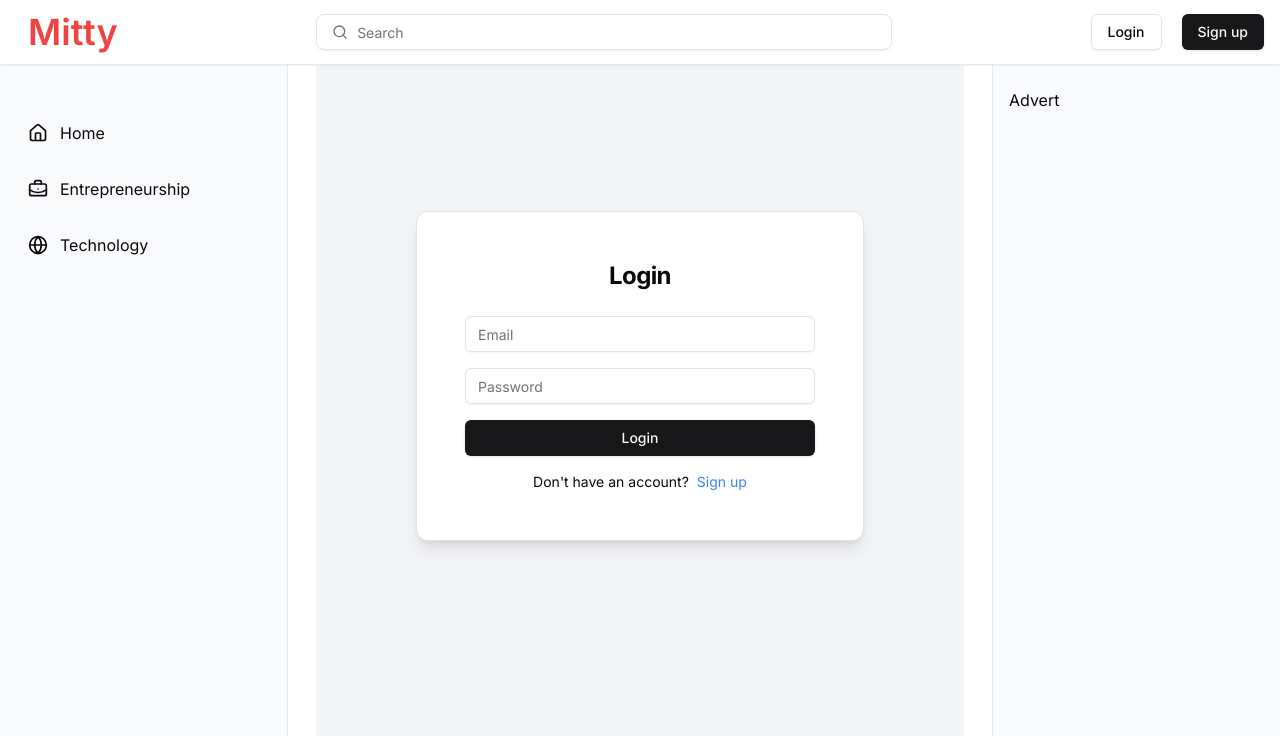
Repository: IssaMuiz/afrixpace-frontend
Page: /auth/login
An editor plug-in stored every save of this project. The page is shown before and after the next save, followed by the edit.
The browser window is 1280 px wide. The pictures show the whole page.
The project was rebuilt for these pictures with package versions that can differ from the ones it lists, and the page was loaded fresh each time. The framework's server and built-in components were replaced by stand-ins that run in the browser. Also part of the build but not shown: next.config.ts.

Above is the page before, as saved 2025-02-10 05:00:34.

After the next save:
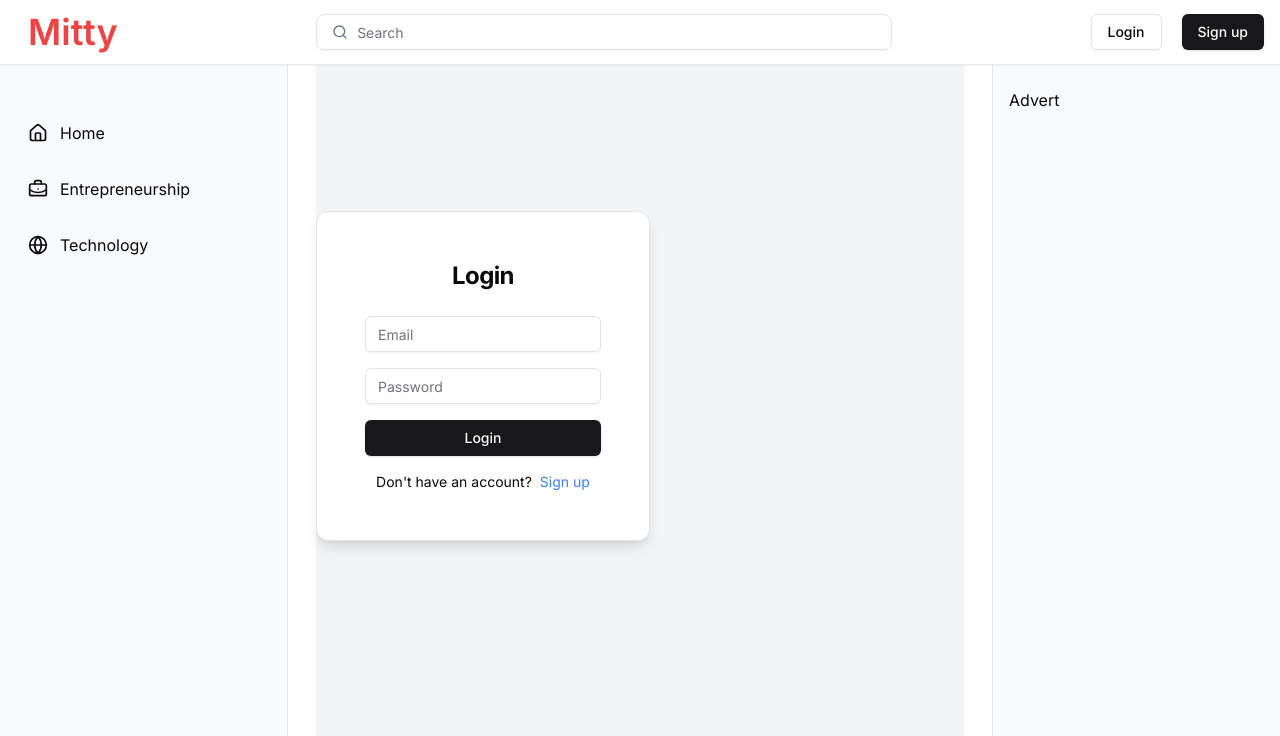
Saved 86 s later.
--- a/app/auth/layout.tsx
+++ b/app/auth/layout.tsx
@@ -4,7 +4,7 @@
   children: React.ReactNode;
 }>) {
   return (
-    <div className={` min-h-screen bg-gray-100 dark:bg-gray-900 `}>
+    <div className={`flex min-h-screen bg-gray-100 dark:bg-gray-900 `}>
       {children}
     </div>
   );

After the save that followed:
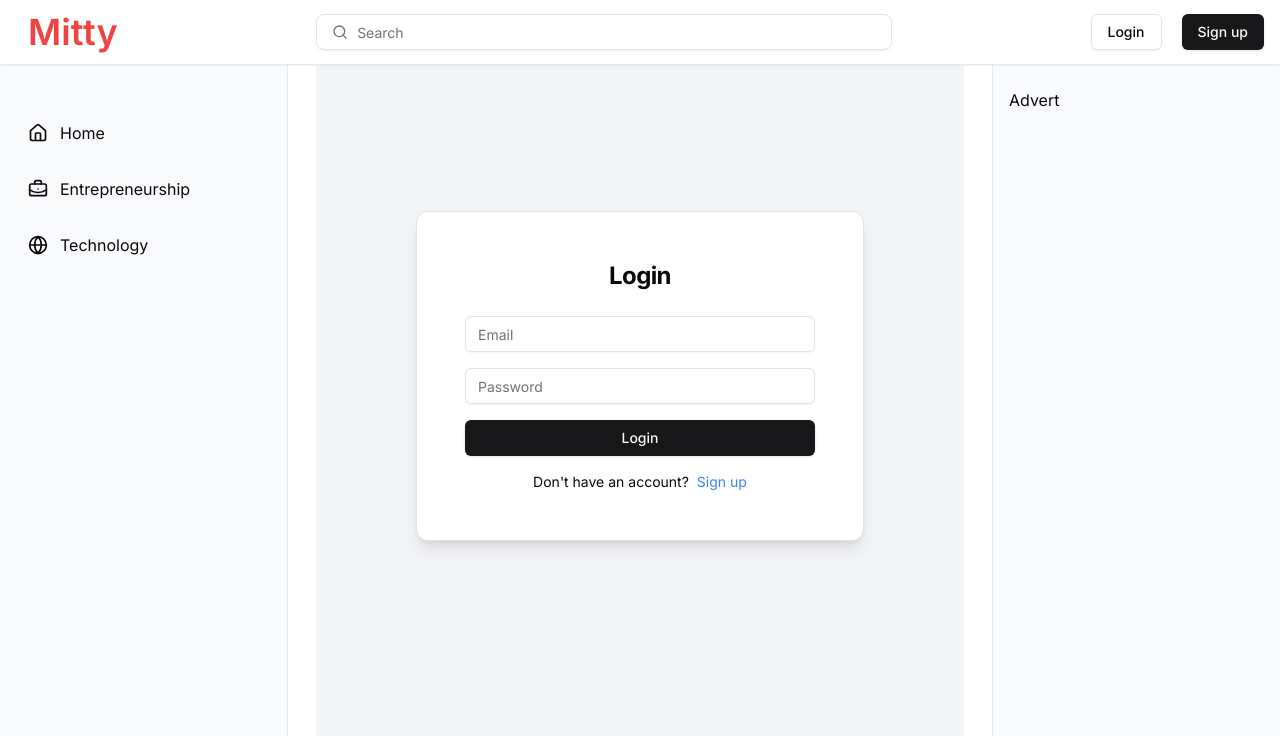
Saved 100 s later.
--- a/app/auth/layout.tsx
+++ b/app/auth/layout.tsx
@@ -4,7 +4,7 @@
   children: React.ReactNode;
 }>) {
   return (
-    <div className={`flex min-h-screen bg-gray-100 dark:bg-gray-900 `}>
+    <div className={` min-h-screen bg-gray-100 dark:bg-gray-900 `}>
       {children}
     </div>
   );
